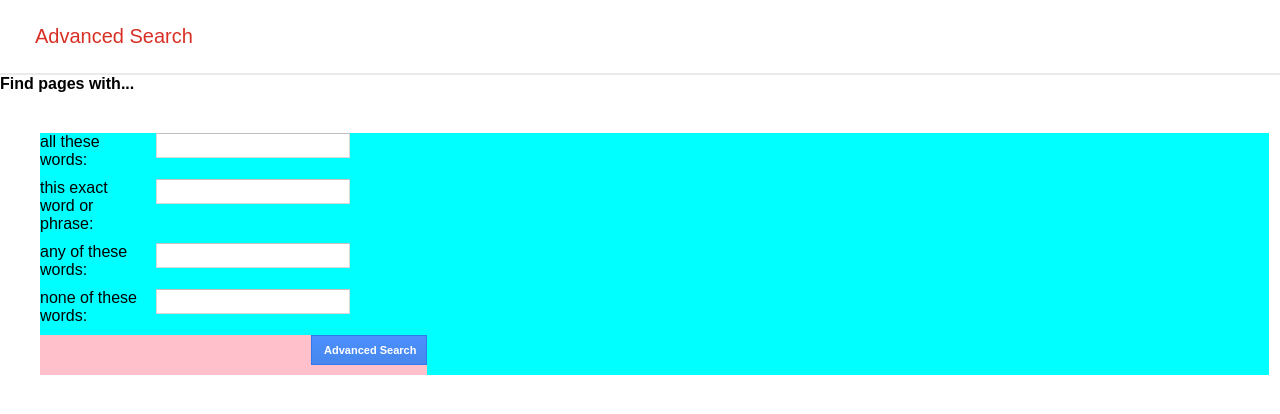
Repository: etentuk/search
Page: advanced_search.html
The author's editor kept a copy of each file at every save. The page is drawn from the files as they stood at one save, then again after the next save.
The browser window is 1280 px wide. The pictures show the whole page.

Above is the page before, as saved 2021-11-05 16:18:58.

After the next save:
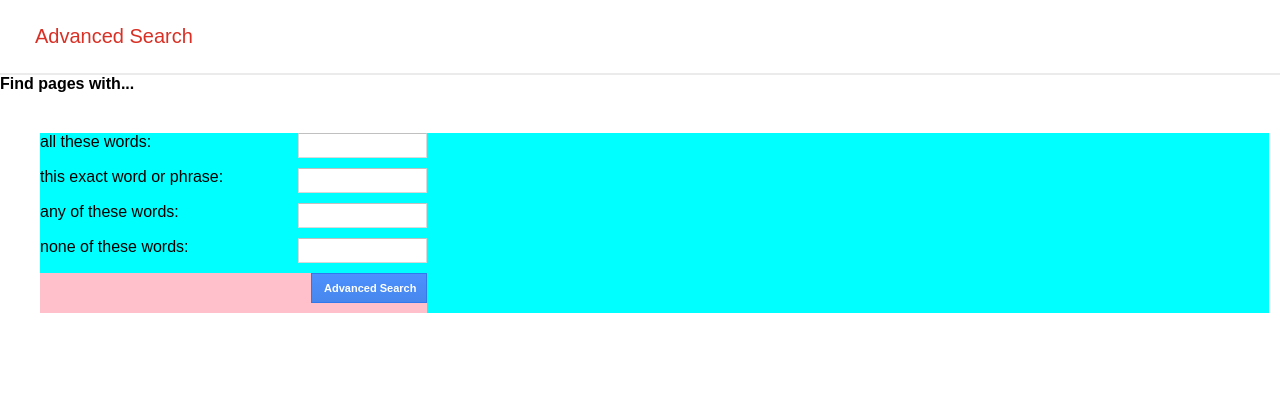
Saved 47 s later.
--- a/advanced_search.html
+++ b/advanced_search.html
@@ -11,7 +11,7 @@
         }
 
         .form-content .form-label {
-            width: 30%
+            width: 100%
         }
 
         .form-input input {
